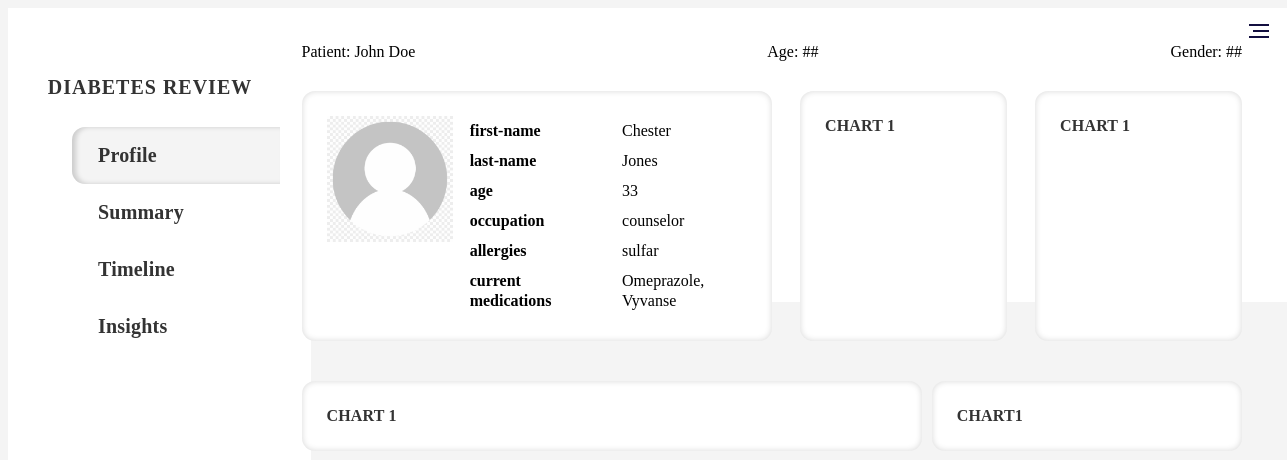
Repository: ariellecerini/clinical-reasoning
Page: /
An editor plug-in stored every save of this project. The page is shown before and after the next save, followed by the edit.
The browser window is 1280 px wide. The page is 1287 px wide, so the pictures cover 1287 px, including what lies to the right of the window. The pictures show the whole page.
The project was rebuilt for these pictures with package versions that can differ from the ones it lists, and the page was loaded fresh each time. Also part of the build but not shown: src/stories/Dashboard/Components/ListItem/ListItem.vue.

Above is the page before, as saved 2021-07-18 23:40:52.

After the next save:
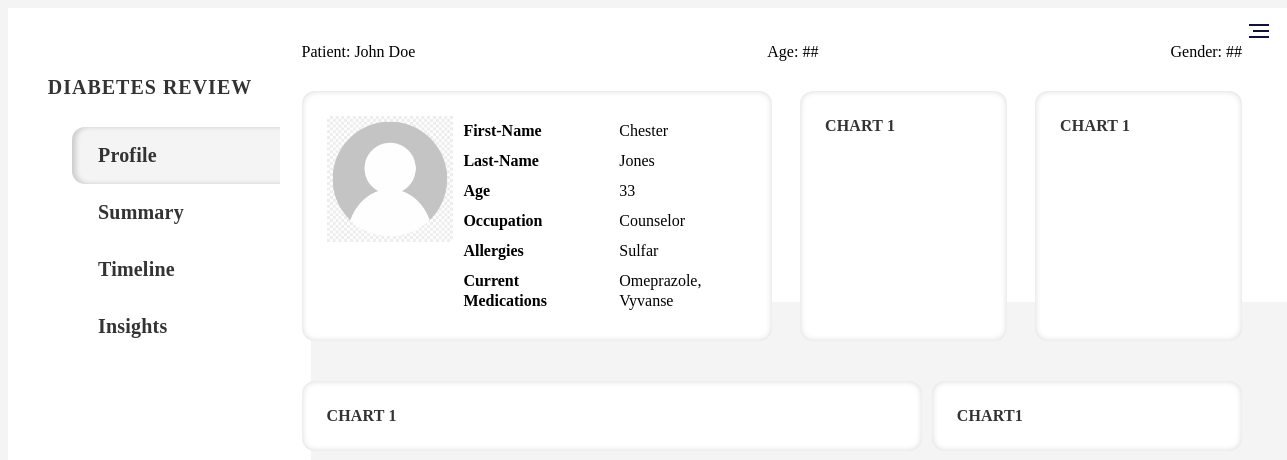
Saved 23 s later.
--- a/src/stories/Dashboard/Components/ProfileCard/ProfileCard.vue
+++ b/src/stories/Dashboard/Components/ProfileCard/ProfileCard.vue
@@ -71,6 +71,7 @@ export default {
 p{
   margin-top: 5px;
   margin-bottom: 5px;
+  text-transform: capitalize;
 }
 .left-side{
   width: 30%;
